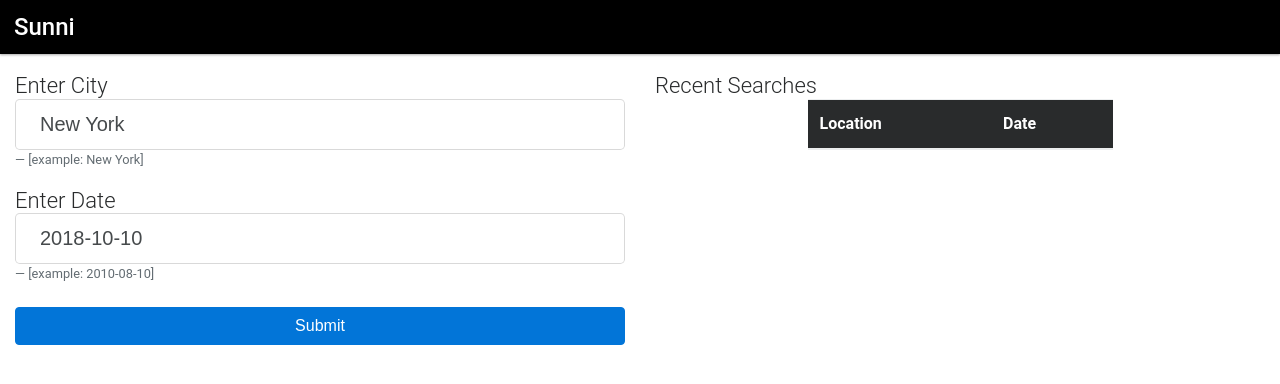
Repository: Oakga/Weather_app
Page: index.html
An editor plug-in stored every save of this project. The page is shown before and after the next save, followed by the edit.
The browser window is 1280 px wide. The pictures show the whole page.

Above is the page before, as saved 2017-09-22 06:42:49.

### index.html
<!DOCTYPE html>
<html>
<head>
    <meta charset="utf-8">
    <link rel="stylesheet" href="https://maxcdn.bootstrapcdn.com/bootstrap/4.0.0-alpha.6/css/bootstrap.min.css" integrity="sha384-rwoIResjU2yc3z8GV/NPeZWAv56rSmLldC3R/AZzGRnGxQQKnKkoFVhFQhNUwEyJ" crossorigin="anonymous">
    <!-- <link href='http://fonts.googleapis.com/css?family=Roboto:400,300,700' rel='stylesheet' type='text/css'> -->
    <link href="css/styles.css" rel="stylesheet" type="text/css">
    <script src="https://unpkg.com/axios/dist/axios.min.js"></script>
</head>
<body>
    <header>
        <h1>Sunni</h1>
    </header>
    <div class="container-fluid">
        <div class="row">
            <div class="col">
                <form id="location-form">
                    <h2>Enter City</h2><input value="New York" type="text" id="location-input" class="form-control form-control-lg "/>
                    <footer class="blockquote-footer">[example: New York]</footer>
                    <h2>Enter Date</h2><input value="2018-10-10" type="text" id="date-input" class="form-control form-control-lg "/>
                    <footer class="blockquote-footer">[example: 2010-08-10]</footer>
                    <br>
                    <button type="submit" class="btn btn-primary btn-block">Submit</button>
                </form>
                <div id="formatted-address"></div>
                <div id="geometry-component"></div>
                <div id="weather-component"></div>
            </div>
            <div class="col">
                <h2>Recent Searches</h2>
                <table class="table">
                    <thead class="thead-inverse">
                        <tr>
                            <th>Location</th>
                            <th>Date</th>
                        </tr>
                    </div>
                </div>
            </div>
        </div>
        <script src="js/main.js"></script>
    </body>
    </html>

### css/styles.css
body {
    font-family: 'Roboto', 'Sans Serif';
    font-size: 16px;
    padding: 0;
    margin: 0;
}

header {
    background-color: #000000;
    padding: 14px;
    box-shadow: 0 1px 3px rgba(0,0,0,0.12), 0 1px 2px rgba(0,0,0,0.24);
}

h1, h2, h3 {
    font-weight: 300;
}

header > h1 {
    font-weight: 500;
    font-size: 24px;
    margin: 0;
    color: #FFFFFF;
}

h2 {
    font-size: 22px;
    margin: 20px 0 0 0;
}

.table {
    border-radius: 5px;
    width: 50%;
    margin: 0px auto;
    float: none;
}

### js/main.js
class dailyReport {
    constructor(Time,Humidity,Precipitation,Intensity,Wind,MaxTemperature,MinTemperature){
        this.Time = Time;
        this.Humidity = Humidity;
        this.Precipitation = Precipitation;
        this.Intensity = Intensity;
        this.Wind = Wind;
        this.MaxTemperature = MaxTemperature;
        this.MinTemperature = MinTemperature;
    };
};

class todayReport {
    constructor(Time,Summary,Humidity,Temperature, Precipitation,Intensity,Wind,){
        this.Time = Time;
        this.Summary = Summary;
        this.Humidity = Humidity;
        this.Temperature = Temperature;
        this.Precipitation = Precipitation;
        this.Intensity = Intensity;
        this.Wind = Wind;
    };
};

class search{
    constructor(location,date){
        this.date = date;
        this.location = location;
    }
}

let geoCode = (location, time=Date.now()) => {
    axios.get('https://maps.googleapis.com/maps/api/geocode/json',{
    params:{
        address: location,
        key: 'AIzaSyAkYBjwd7ygcP8GpAz47QsP3s3vaweLAE0'
    }
}).then(function(response){
    console.log(response);
    const formattedAddr = response.data.results[0].formatted_address;
    const formattedAddrOutput = `
    <ul class="list-group">
    <li class="list-group-item">
    ${formattedAddr}
    </li>
    </ul>
    `;
    let addressComponents = response.data.results[0].address_components;
    let lat = Math.round(response.data.results[0].geometry.location.lat*10000)/10000;
    let lng = Math.round(response.data.results[0].geometry.location.lng*10000)/10000;
    let geometryOutput = `
    <ul class="list-group">
    <li class="list-group-item">
    <strong>
    Latitude
    </strong>: ${lat}
    </li>
    <li class="list-group-item">
    <strong>
    Longitude
    </strong>: ${lng}
    </li>
    </ul>
    `;
    document.getElementById('formatted-address').innerHTML = formattedAddrOutput;
    document.getElementById('geometry-component').innerHTML = geometryOutput;
    darkSky(lat,lng,time);
    return new search(location,time);

})
.catch(function(error){
    console.log(error);
    const formattedAddrOutput = `
    <div class="alert alert-danger" role="alert">
    <strong>Unknown Location!</strong> Change a few things up and try submitting again.
    </div>
    `;
    document.getElementById('formatted-address').innerHTML = formattedAddrOutput;
})
};
let weeklyWeatherTable = (response) => {
    let weeklyReport = [];
    const months = ['Jan','Feb','Mar','Apr','May','Jun','Jul','Aug','Sep','Oct','Nov','Dec'];
    const days = ['Sun','Mon','Tue','Wed','Thur','Fri','Sat'];
    let year, month, day;
    const currentDate =  response.data.currently;
    const dailyDate = response.data.daily.data;

    for(let i=0;i<dailyDate.length;i++){
        var date = new Date(dailyDate[i].time*1000);
        year = date.getFullYear();
        month = months[date.getMonth()];
        day = days[date.getDay()];
        numDate = date.getDate();
        formattedTime = numDate + ' ' + month + ' ' + year;
        const dayReport = weeklyReport[i] = new dailyReport(
            formattedTime,
            dailyDate[i].humidity,
            dailyDate[i].precipProbability,
            dailyDate[i].precipIntensity,
            dailyDate[i].windSpeed,
            dailyDate[i].temperatureMax,
            dailyDate[i].temperatureMin,
        );
    };
    console.log(dailyDate);
    console.log(response.data);
    let columnNames = ``;
    const units = ['','%','%','(mm/hr)','(m/s)','(`C)','(`C)'];
    let counter = 0;
    for ( property in weeklyReport[0] ) {
        columnNames += `
        <th>
        ${property}${units[counter]}
        </th>
        `;
        counter++;
    };

    let itemRows = ``;
    let reportForTheDay;
    for(var i=0;i<weeklyReport.length;i++){
        reportForTheDay=weeklyReport[i];
        itemRows += `<tr>
        <th scope="row">${reportForTheDay.Time}</th>
        <td>${reportForTheDay.Humidity}</td>
        <td>${reportForTheDay.Precipitation}</td>
        <td>${reportForTheDay.Intensity}</td>
        <td>${reportForTheDay.Wind}</td>
        <td>${reportForTheDay.MaxTemperature}</td>
        <td>${reportForTheDay.MinTemperature}</td>
        </tr>`
    };

    let tableOutput = `
    <table class="table">
    <thead class="thead-inverse" id="table-index">
    ${columnNames}
    </thead>
    <tbody>
    ${itemRows}
    </tbody>
    </table>
    `;
    document.getElementById('weather-component').innerHTML = tableOutput;
};
let darkSky = (lat, lng, date = Date.now()) => {
    let apiCall = 'https://cors-anywhere.herokuapp.com/https://api.darksky.net/forecast/c84a2f187efcca194054935abae32b10/'+lat+','+lng;
    axios.get(apiCall,{
        params: {
            exclude: '[hourly,flags]',
            time: date,
            unit: '[si]',
        }
    }).then(function(response){
        weeklyWeatherTable(response);
    })
    .catch(function(error){
        console.log(error);
        const alert = `
        <div class="alert alert-danger" role="alert">
        <strong>Cannot find Weather information!</strong> Change a few things up and try submitting again.
        </div>
        `;
        document.getElementById('weather-component').insertAdjacentHTML("afterbegin",alert);
    })
    ;
}

// let updateHistory =

document.getElementById('location-form').addEventListener('submit', function (e){
    e.preventDefault();
    const location = document.getElementById('location-input').value;
    const date = document.getElementById('date-input').value;
    if(date!==null){
        const unixTime = Date.parse(date)/1000;
        const search = geoCode(location,unixTime);
    }
    else {
        const search = geoCode(location);
    };
        // updateHistory(search);
    });

After the next save:
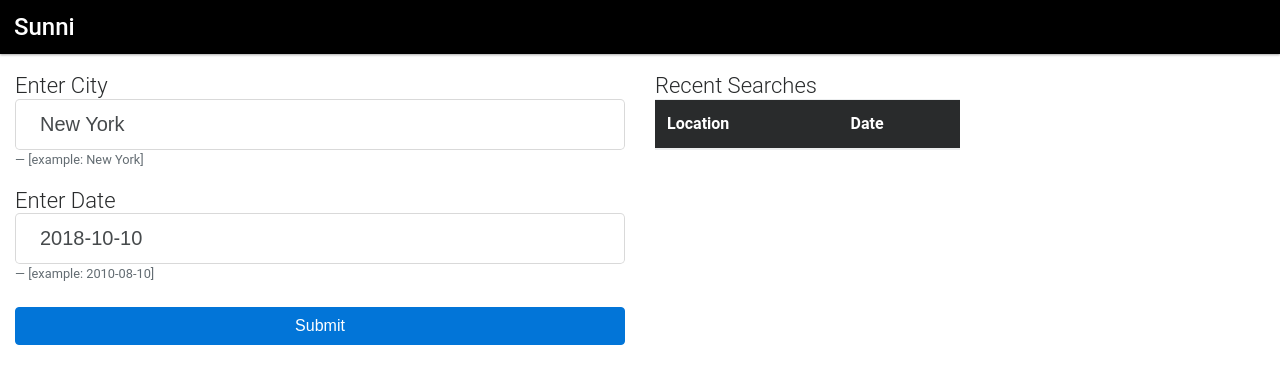
Saved 20 s later.
--- a/css/styles.css
+++ b/css/styles.css
@@ -30,6 +30,5 @@ h2 {
 .table {
     border-radius: 5px;
     width: 50%;
-    margin: 0px auto;
     float: none;
 }
